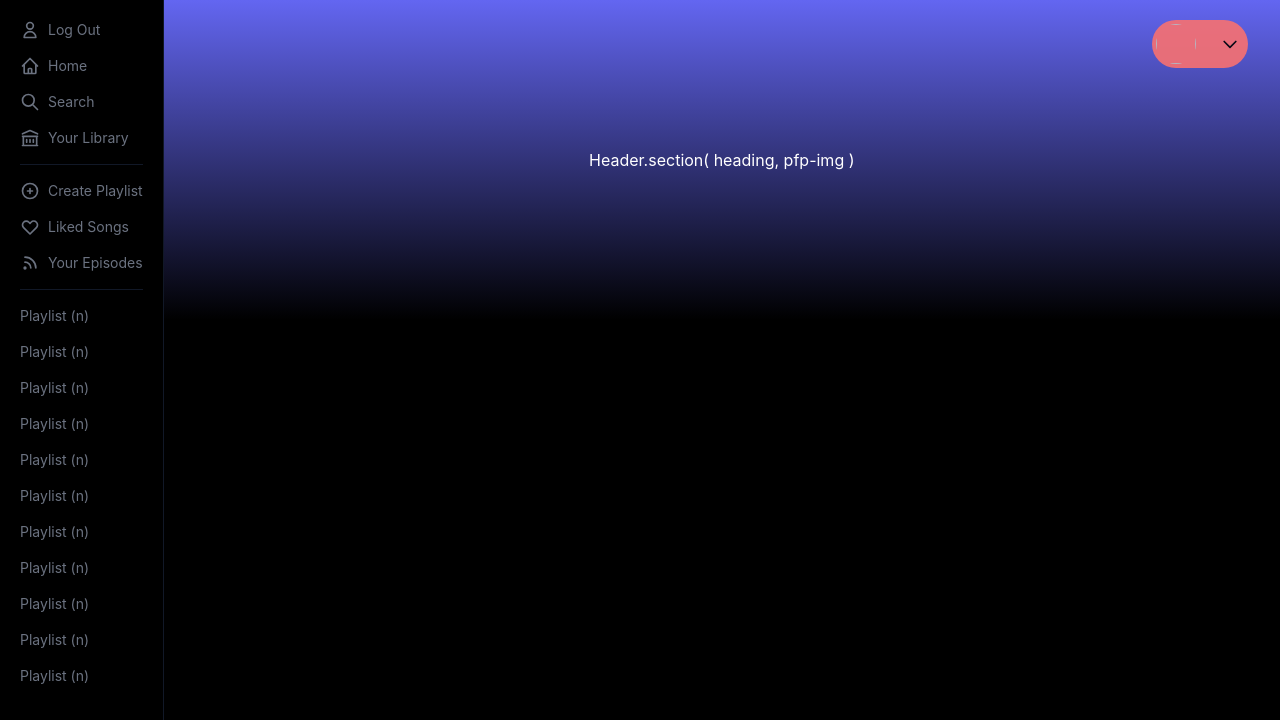
Repository: Delos-343/Spotify-2.0
Page: /
These files come from the project's save history. The page is drawn as it stood at one moment and after the next save; the edit follows.
The browser window is 1280 px wide. The pictures show the whole page.
The page's requests for data from a server got no answer. The project was rebuilt for these pictures with package versions that can differ from the ones it lists, and the page was loaded fresh each time. The framework's server and built-in components were replaced by stand-ins that run in the browser. No one was signed in, and anything a server would have sent is missing. Also part of the build but not shown: next.config.js.

Above is the page before, as saved 2022-04-13 13:50:29.

After the next save:
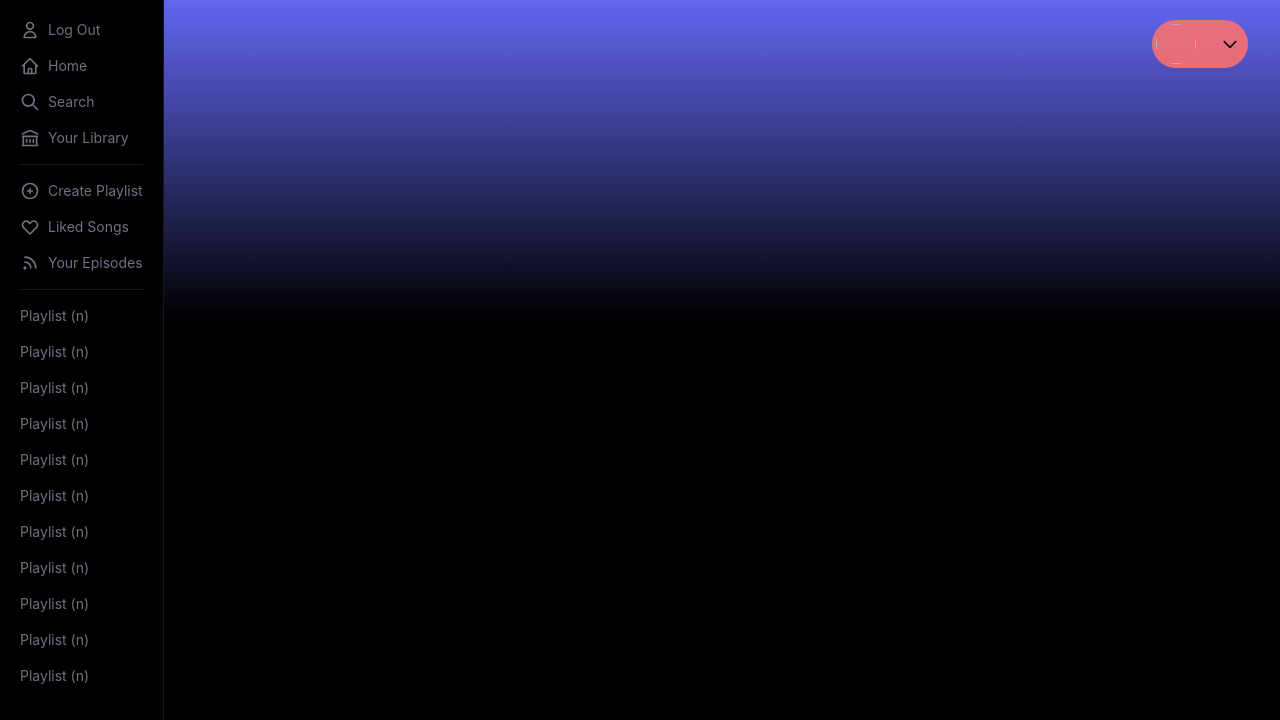
Saved 7 min 57 s later.
--- a/components/Center.jsx
+++ b/components/Center.jsx
@@ -32,8 +32,8 @@ function Center() {
             </div>
         </header>
         <section className={`flex items-end space-x-7 bg-gradient-to-b to-black ${color} h-80 text-white padding-8`}>
-            {/* <img src='' alt='' /> */}
-            <h1 className='m-auto'> Header.section( heading, pfp-img ) </h1>
+            <img src={session?.user.image} alt='' />
+            <h1> {session?.user.name} </h1>
         </section>
     </div>
   )
